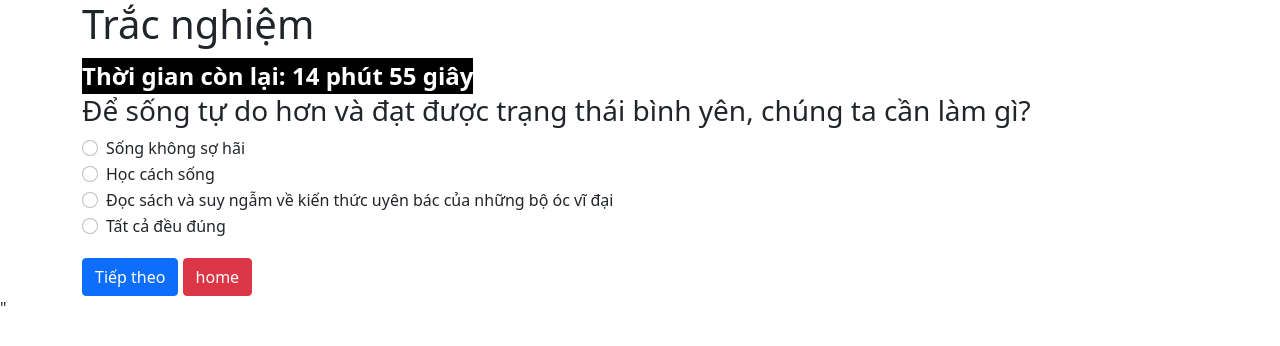
Repository: tran-thien-nhan/quiz_tlln
Page: daily_stoic_quiz.html
These files come from the project's save history. The page is drawn as it stood at one moment and after the next save; the edit follows.
The browser window is 1280 px wide. The pictures show the whole page.

Above is the page before, as saved 2023-06-25 19:29:17.

### daily_stoic_quiz.html
<!DOCTYPE html>
<html lang="en">

<head>
    <meta charset="UTF-8">
    <meta name="viewport" content="width=device-width, initial-scale=1.0">
    <title>Trắc nghiệm</title>
    <link rel="stylesheet" href="https://cdnjs.cloudflare.com/ajax/libs/bootstrap/5.0.2/css/bootstrap.min.css">
    <style>
        .question {
            margin-bottom: 20px;
        }
    </style>
</head>

<body>
    <div class="container">
        <h1>Trắc nghiệm</h1>
        <div id="timeclock"></div>
        <div class="question" id="questionContainer">
            <h3 id="question"></h3>
            <img src="" alt="" id="image" style="display: none; width: 20rem; height: 10rem;"> <!-- Thêm thẻ <img> để hiển thị hình ảnh -->
            <div class="form-check">
                <input class="form-check-input" type="radio" name="answer" id="answer1">
                <label class="form-check-label" for="answer1" id="answerText1"></label>
            </div>
            <div class="form-check">
                <input class="form-check-input" type="radio" name="answer" id="answer2">
                <label class="form-check-label" for="answer2" id="answerText2"></label>
            </div>
            <div class="form-check">
                <input class="form-check-input" type="radio" name="answer" id="answer3">
                <label class="form-check-label" for="answer3" id="answerText3"></label>
            </div>
            <div class="form-check">
                <input class="form-check-input" type="radio" name="answer" id="answer4">
                <label class="form-check-label" for="answer4" id="answerText4"></label>
            </div>
            <span id="result"></span>
        </div>

        <button class="btn btn-primary" id="nextButton">Tiếp theo</button>
        <span id="score"></span>
        <a href="index.html" class="btn btn-danger" id="home">home</a>
    </div>

    <!-- Modal -->
    <div class="modal fade" id="myModal" tabindex="-1" aria-labelledby="exampleModalLabel" aria-hidden="true">
        <div class="modal-dialog">
            <div class="modal-content">
                <div class="modal-header">
                    <h5 class="modal-title" id="exampleModalLabel">Thông báo</h5>
                    <button type="button" class="btn-close" data-bs-dismiss="modal" aria-label="Close"></button>
                </div>
                <div class="modal-body">
                    Bạn có 15 phút để làm trắc nghiệm.
                </div>
            </div>
        </div>
    </div>

    <script src="https://cdnjs.cloudflare.com/ajax/libs/bootstrap/5.0.2/js/bootstrap.bundle.min.js"></script>
    <script>
        // Đọc câu hỏi từ tệp JSON
        fetch("daily_stoic.json")
            .then(response => response.json())
            .then(data => {
                const questions = data.questions;

                // Lấy ngẫu nhiên 20 câu hỏi
                const randomQuestions = getRandomElements(questions, 3);

                let currentQuestionIndex = 0;
                let score = 0;
                let timeRemaining = 900; // 15 phút * 60 giây = 900 giây

                const questionContainer = document.getElementById("questionContainer");
                const questionElement = document.getElementById("question");
                const imageElement = document.getElementById("image");
                const answerTextElements = [
                    document.getElementById("answerText1"),
                    document.getElementById("answerText2"),
                    document.getElementById("answerText3"),
                    document.getElementById("answerText4")
                ];
                const resultElement = document.getElementById("result");
                const nextButton = document.getElementById("nextButton");
                const scoreElement = document.getElementById("score");

                // Cập nhật câu hỏi và câu trả lời
                function updateQuestion() {
                    const question = randomQuestions[currentQuestionIndex];
                    questionElement.textContent = question.question;
                    resultElement.textContent = "";

                    // Kiểm tra xem câu hỏi có hình ảnh hay không
                    if (question.hasOwnProperty("image") && question.image !== "") {
                        imageElement.style.display = "block"; // Hiển thị thẻ <img>
                        imageElement.src = question.image; // Đặt đường dẫn hình ảnh
                    } else {
                        imageElement.style.display = "none"; // Ẩn thẻ <img> nếu không có hình ảnh
                    }

                    for (let i = 0; i < answerTextElements.length; i++) {
                        answerTextElements[i].textContent = question.choices[i];
                    }
                }

                // Kiểm tra câu trả lời
                function checkAnswer() {
                    const question = randomQuestions[currentQuestionIndex];
                    const selectedAnswer = document.querySelector('input[name="answer"]:checked');

                    if (selectedAnswer) {
                        const selectedAnswerText = selectedAnswer.nextElementSibling.textContent;

                        if (selectedAnswerText === question.correctAnswer) {
                            score += 1;
                            resultElement.textContent = "Đúng";
                            resultElement.style.color = "green";
                        } else {
                            resultElement.textContent = "Sai";
                            resultElement.style.color = "red";
                        }

                        setTimeout(() => {
                            currentQuestionIndex++;

                            if (currentQuestionIndex < randomQuestions.length) {
                                updateQuestion();
                                selectedAnswer.checked = false;
                                nextButton.disabled = true;
                                setTimeout(() => {
                                    nextButton.disabled = false;
                                }, 200);
                            } else {
                                clearInterval(timerInterval);
                                questionContainer.style.display = "none";
                                nextButton.style.display = "none";
                                const finalScore = (score / randomQuestions.length) * 10;
                                scoreElement.textContent = `Tổng điểm: ${finalScore.toFixed(1)}`;
                                scoreElement.style.display = "block";
                                scoreElement.style.fontWeight = "bold";

                                if (finalScore > 5) {
                                    scoreElement.style.color = "green"; // Màu xanh lá cây nếu tổng điểm lớn hơn 5
                                } else {
                                    scoreElement.style.color = "red"; // Màu đỏ nếu tổng điểm nhỏ hơn hoặc bằng 5
                                }

                                scoreElement.style.fontSize = "2rem";

                                if (timeRemaining === 0) {
                                    questionContainer.style.display = "none";
                                    nextButton.style.display = "none";
                                } else {
                                    questionContainer.style.display = "none";
                                    nextButton.style.display = "none";
                                    const minutes = Math.floor((15 * 60 - timeRemaining) / 60);
                                    const seconds = (15 * 60 - timeRemaining) % 60;
                                    timerElement.textContent = `Bạn đã làm xong trong: ${minutes} phút ${seconds} giây`;
                                    timerElement.style.backgroundColor = "white";
                                    timerElement.style.color = "black";
                                }
                            }
                        }, 200);
                    }
                }

                // Xử lý sự kiện khi nhấn nút "Tiếp theo"
                nextButton.addEventListener("click", () => {
                    checkAnswer();
                });

                // Bắt đầu trắc nghiệm
                updateQuestion();

                // Đồng hồ đếm ngược
                const timerElement = document.createElement("div");
                timerElement.style.fontSize = "24px";
                timerElement.style.fontWeight = "bold";
                timerElement.style.marginTop = "10px";
                timerElement.style.textAlign = "center";
                timerElement.style.color = "white";
                timerElement.style.backgroundColor = "black";
                timerElement.style.width = "fit-content";
                timeclock.appendChild(timerElement);

                const timerInterval = setInterval(() => {
                    timeRemaining--;
                    const minutes = Math.floor(timeRemaining / 60);
                    const seconds = timeRemaining % 60;
                    timerElement.textContent = `Thời gian còn lại: ${minutes} phút ${seconds} giây`;

                    if (timeRemaining === 0) {
                        clearInterval(timerInterval);
                        questionContainer.style.display = "none";
                        nextButton.style.display = "none";
                        const finalScore = (score / randomQuestions.length) * 10;
                        scoreElement.textContent = `Tổng điểm: ${finalScore.toFixed(1)}`;
                        scoreElement.style.display = "block";
                        scoreElement.style.fontWeight = "bold";
                        scoreElement.style.color = "red";
                        scoreElement.style.fontSize = "2rem";
                    }
                }, 1000);

                // Hiển thị modal thông báo
                const modal = new bootstrap.Modal(document.getElementById("myModal"));
                modal.show();

                // Tự động đóng modal sau 3 giây
                setTimeout(() => {
                    modal.hide();
                }, 3000);
            })
            .catch(error => {
                console.error("Error:", error);
            });

        // Hàm lấy ngẫu nhiên các phần tử từ một mảng
        function getRandomElements(array, numElements) {
            const shuffledArray = array.sort(() => Math.random() - 0.5);
            return shuffledArray.slice(0, numElements);
        }
    </script>
</body>

</html>"

### daily_stoic.json
{
    "questions": [
      {
        "question": "Công việc quan trọng hàng đầu trong đời là gì?",
        "image": "",
        "choices": [
          "Nhận diện và phân biệt được những vấn đề",
          "Kiểm soát yếu tố ngoại cảnh",
          "Quyết định cho chính mình",
          "Thay đổi tương lai"
        ],
        "correctAnswer": "Nhận diện và phân biệt được những vấn đề"
      },
      {
        "question": "Theo Epictetus, nhận diện tốt xấu là để nhận diện điều gì?",
        "image": "",
        "choices": [
          "Nhận diện tốt xấu của người khác",
          "Nhận diện tốt xấu của yếu tố ngoại cảnh",
          "Nhận diện tốt xấu cho quyết định của chính mình",
          "Nhận diện tốt xấu của tương lai"
        ],
        "correctAnswer": "Nhận diện tốt xấu cho quyết định của chính mình"
      },
      {
        "question": "Công việc quan trọng nhất trong việc thực hành Chủ nghĩa Khắc kỷ là gì?",
        "image": "",
        "choices": [
          "Phân biệt những thứ không thể thay đổi và những thứ có thể thay đổi",
          "Chỉ phân biệt những thứ có thể thay đổi",
          "Kiểm soát những thứ nằm ngoài tầm kiểm soát",
          "Thay đổi tương lai"
        ],
        "correctAnswer": "Phân biệt những thứ không thể thay đổi và những thứ có thể thay đổi"
      },
      {
        "question": "Điều gì là không thể thay đổi và không thể kiểm soát?",
        "image": "",
        "choices": [
          "Thời tiết, chiều cao",
          "Quốc gia sinh ra, sự thích hợp của người khác",
          "Điều kiện gia đình, tuổi tác",
          "cả 3 điều trên"
        ],
        "correctAnswer": "cả 3 điều trên"
      },
      {
        "question": "Lời nguyện An tĩnh được nhắm đến việc gì?",
        "image": "",
        "choices": [
          "Nhận diện được những điều không thể thay đổi",
          "Nhận diện được những điều có thể thay đổi",
          "Nhận diện được hai điều trên",
          "Nhận diện được tương lai"
        ],
        "correctAnswer": "Nhận diện được hai điều trên"
      },
      {
        "question": "Người nghiện ngập ở hiện tại có thể thay đổi được điều gì?",
        "image": "",
        "choices": [
          "Quá khứ, lựa chọn của mình",
          "Qúa khứ, tương lai",
          "Tương lai, sức mạnh hiện tại",
          "Quá khứ, hiện tại"
        ],
        "correctAnswer": "Tương lai, sức mạnh hiện tại"
      },
      {
        "question": "Điều gì sẽ xảy ra nếu chúng ta tập trung vào việc xác định những thứ nằm trong và ngoài tầm kiểm soát của bản thân?",
        "image": "",
        "choices": [
          "Chúng ta sẽ trở nên hạnh phúc hơn",
          "Chúng ta sẽ có lợi thế hơn so với những người đấu tranh trong vô vọng",
          "Chúng ta sẽ đấu tranh trong vô vọng",
          "Chúng ta sẽ tìm ra sự thay đổi"
        ],
        "correctAnswer": "Chúng ta sẽ có lợi thế hơn so với những người đấu tranh trong vô vọng"
      },
      {
        "question": "Thành quả của việc thực hiện theo lời dạy của epictetus là gì trong GIÁO DỤC LÀ TỰ DO ?",
        "image": "",
        "choices": [
          "Sự thanh thản",
          "Lòng dũng cảm",
          "Sự tự do",
          "Tất cả đều đúng"
        ],
        "correctAnswer": "Tất cả đều đúng"
      },
      {
        "question": "Đặt niềm tin vào ai trong việc được giáo dục đúng cách?",
        "image": "",
        "choices": [
          "Kẻ tự do",
          "Những người trân quý kiến thức thật sự",
          "Số đông",
          "Tất cả đều sai"
        ],
        "correctAnswer": "Những người trân quý kiến thức thật sự"
      },
      {
        "question": "Để sống tự do hơn và đạt được trạng thái bình yên, chúng ta cần làm gì?",
        "image": "",
        "choices": [
          "Sống không sợ hãi",
          "Học cách sống",
          "Đọc sách và suy ngẫm về kiến thức uyên bác của những bộ óc vĩ đại",
          "Tất cả đều đúng"
        ],
        "correctAnswer": "Tất cả đều đúng"
      },
      {
        "question": "Việc tự học và tiếp thu kiến thức được coi như chìa khóa dẫn đến điều gì?",
        "image": "",
        "choices": [
          "Tự do",
          "Kiến thức",
          "Sự uyên bác",
          "Trạng thái bình yên"
        ],
        "correctAnswer": "Tự do"
      },
      {
        "question": "Điều gì sẽ xảy ra nếu chúng ta không nhận thức được những gì mình đã đánh mất?",
        "image": "",
        "choices": [
          "Chúng ta sẽ sống bình thường",
          "Chúng ta sẽ chết dần chết mòn",
          "Chúng ta sẽ tìm lại được những gì đã mất",
          "Chúng ta sẽ hối tiếc"
        ],
        "correctAnswer": "Chúng ta sẽ chết dần chết mòn"
      },
      {
        "question": "Trước những thứ không quan trọng, chúng ta nên làm gì để lấy lại chút thời gian?",
        "image": "",
        "choices": [
          "Nói 'Không'",
          "Tham gia với số đông",
          "Tự hỏi làm sao để kiểm soát kỹ",
          "Hối tiếc về những điều đã làm"
        ],
        "correctAnswer": "Nói 'Không'"
      },
      {
        "question": "Nói 'Không' trước những thứ không quan trọng có thể gây hại đến ai?",
        "image": "",
        "choices": [
          "Bản thân chúng ta",
          "Những người khác",
          "Không có ai",
          "Chúng ta sẽ cảm thấy tổn thương"
        ],
        "correctAnswer": "Những người khác"
      },
      {
        "question": "Việc từ chối những thứ không quan trọng cho phép chúng ta có thời gian cho điều gì?",
        "image": "",
        "choices": [
          "Những điều thật sự cần thiết",
          "Sống và tận hưởng cuộc sống của chính mình",
          "Cuộc sống bình thường",
          "Đạt được thành công"
        ],
        "correctAnswer": "Sống và tận hưởng cuộc sống của chính mình"
      },
      {
        "question": "Ba nguyên tắc quan trọng nhất trong triết lý Khắc kỷ là gì?",
        "image": "",
        "choices": [
          "Nhận thức, hành động, ý chí",
          "Chắc chắn, hành động, biết ơn",
          "Kiểm soát nhận thức, hành động đúng đắn, sẵn lòng chấp nhận",
          "Kiểm soát, hành động, triết lý"
        ],
        "correctAnswer": "Kiểm soát nhận thức, hành động đúng đắn, sẵn lòng chấp nhận"
      },
      {
        "question": "Theo triết lý Khắc kỷ, điều gì là thiết yếu trong việc kiểm soát nhận thức của bạn?",
        "image": "",
        "choices": [
          "Niềm tin độc đáo của các nhà Khắc kỷ",
          "Triết lý của Heraclitus và Zeno",
          "Sự phán xét ở thời điểm hiện tại",
          "Ý chí và ý thức của bản thân"
        ],
        "correctAnswer": "Sự phán xét ở thời điểm hiện tại"
      },
      {
        "question": "Hành động một cách đúng đắn là một trong ba phần thiết yếu của triết lý Khắc kỷ. Điều gì được ám chỉ bởi việc hành động đúng đắn?",
        "image": "",
        "choices": [
          "Tìm hiểu về Heraclitus và Zeno",
          "Đạt được sự phán xét chắc chắn",
          "Hành động vì lợi ích chung trong thời điểm hiện tại",
          "Thể hiện triết lý của các nhà Khắc kỷ"
        ],
        "correctAnswer": "Hành động vì lợi ích chung trong thời điểm hiện tại"
      },
      {
        "question": "Điều gì là sự chuẩn bị tinh thần quan trọng để chấp nhận những gì ngoài tầm kiểm soát của bạn?",
        "image": "",
        "choices": [
          "Sự biết ơn với mọi điều bạn đã nhận được",
          "Sự tận hưởng cuộc sống hàng ngày",
          "Ý chí và ý thức của bản thân",
          "Sự phán xét ở thời điểm hiện tại"
        ],
        "correctAnswer": "Sự biết ơn với mọi điều bạn đã nhận được"
      },
      {
        "question": "Bạn đến sân bay muộn và chuyến bay của bạn đã cất cánh. Bạn rất tức giận vì đã bỏ lỡ chuyến bay. Bạn nên làm gì?",
        "image": "",
        "choices": [
          "Gào thét vào mặt nhân viên đại diện của hãng hàng không",
          "Ngồi lại và suy nghĩ về những điều bạn có thể kiểm soát",
          "Hủy bỏ hành trình và trở về nhà",
          "Buồn bã và căng thẳng trong suốt cả ngày"
        ],
        "correctAnswer": "Ngồi lại và suy nghĩ về những điều bạn có thể kiểm soát"
      },
      {
        "question": "Bạn muốn thay đổi chiều cao của mình và nước sống ở một đất nước khác. Bạn nên làm gì?",
        "image": "",
        "choices": [
          "Cố gắng ước mơ và thay đổi chiều cao của mình",
          "Đau khổ vì không thể thay đổi điều đó",
          "Tìm hiểu về các phương pháp tăng chiều cao và di cư",
          "Chấp nhận chiều cao của mình và tận hưởng cuộc sống hiện tại"
        ],
        "correctAnswer": "Chấp nhận chiều cao của mình và tận hưởng cuộc sống hiện tại"
      },
      {
        "question": "Bạn muốn có một người bạn đồng hành và thích bạn. Bạn nên làm gì?",
        "image": "",
        "choices": [
          "Cố gắng làm cho người đó thích bạn",
          "Đau khổ vì không thể khiến người đó thích bạn",
          "Tự thay đổi và cải thiện bản thân để thu hút người khác",
          "Chấp nhận sự thật rằng không thể khiến một người thích mình"
        ],
        "correctAnswer": "Tự thay đổi và cải thiện bản thân để thu hút người khác"
      },
      {
        "question": "Bạn đã trải qua quá khứ đau khổ và gặp rắc rối trong cuộc sống. Bạn nên làm gì?",
        "image": "",
        "choices": [
          "Mắc kẹt trong quá khứ và không thể thay đổi điều đó",
          "Ngồi lại suy nghĩ về quá khứ và phàn nàn",
          "Chấp nhận quá khứ và tập trung vào tương lai",
          "Buồn bã và cảm thấy vô vọng"
        ],
        "correctAnswer": "Chấp nhận quá khứ và tập trung vào tương lai"
      },
      {
        "question": "Theo ý kiến của Seneca, điều gì là nguyên nhân khiến con người trở nên điên dại?",
        "image": "",
        "choices": [
          "Quan điểm sai lệch về những thứ mà họ hướng tới",
          "Sự việc mà họ muốn đạt được",
          "Không có kế hoạch từ đầu đến cuối",
          "Tâm trạng chán nản"
        ],
        "correctAnswer": "Quan điểm sai lệch về những thứ mà họ hướng tới"
      },
      {
        "question": "Theo Robert Greene, việc lập kế hoạch từ đầu đến cuối có tác dụng gì?",
        "image": "",
        "choices": [
          "Tránh choáng ngợp bởi hoàn cảnh",
          "Đạt được kết quả tốt nhất",
          "Đảm bảo sự thành công",
          "Hạn chế thất bại"
        ],
        "correctAnswer": "Tránh choáng ngợp bởi hoàn cảnh"
      },
      {
        "question": "Thói quen thứ hai trong 7 Thói quen của người thành đạt là gì?",
        "image": "",
        "choices": [
          "Bắt đầu với một cái kết trong tâm trí",
          "Lập kế hoạch chi tiết từ đầu đến cuối",
          "Hình dung ra cái kết trong đầu",
          "Đặt mục tiêu cụ thể"
        ],
        "correctAnswer": "Bắt đầu với một cái kết trong tâm trí"
      },
      {
        "question": "Theo nhà Khắc kỷ, sự lạc lối và hỗn loạn trong hành vi xảy ra khi?",
        "image": "",
        "choices": [
          "Không có những nỗ lực hướng vào nguyên nhân và mục đích",
          "Quá tập trung vào kế hoạch từ đầu đến cuối",
          "Chịu trách nhiệm với những xao nhãng trong tâm hồn",
          "Không biết khi nào nói có và khi nào nói không"
        ],
        "correctAnswer": "Không có những nỗ lực hướng vào nguyên nhân và mục đích"
      },
      {
        "question": "khi mất đi sự định nghĩa, con người có thể bị lạc lối vào phương hướng nào?",
        "image": "",
        "choices": [
          "Phương hướng vô định",
          "Phương hướng cụ thể",
          "Phương hướng chính xác",
          "Phương hướng sáng suốt"
        ],
        "correctAnswer": "Phương hướng vô định"
      }
    ]
  }

After the next save:
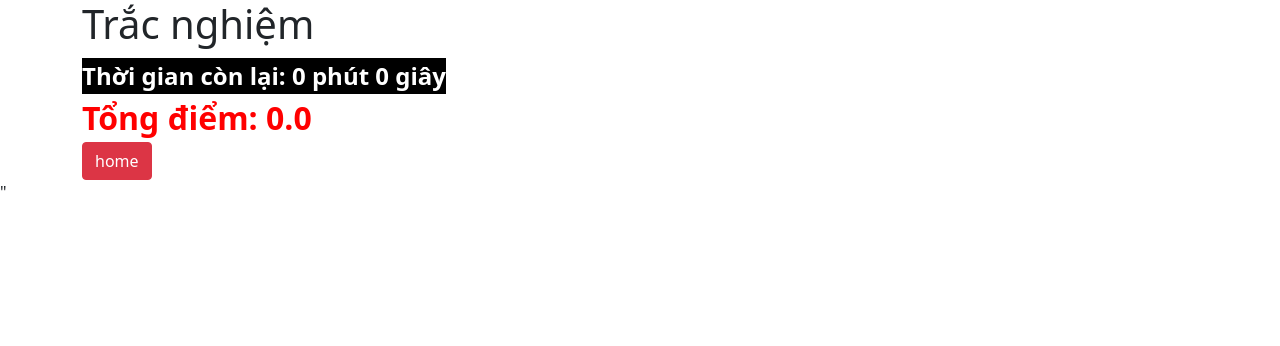
Saved 4 min 40 s later.
--- a/daily_stoic_quiz.html
+++ b/daily_stoic_quiz.html
@@ -72,7 +72,7 @@
 
                 let currentQuestionIndex = 0;
                 let score = 0;
-                let timeRemaining = 900; // 15 phút * 60 giây = 900 giây
+                let timeRemaining = 3; // 15 phút * 60 giây = 900 giây
 
                 const questionContainer = document.getElementById("questionContainer");
                 const questionElement = document.getElementById("question");

After the 2 saves that followed:
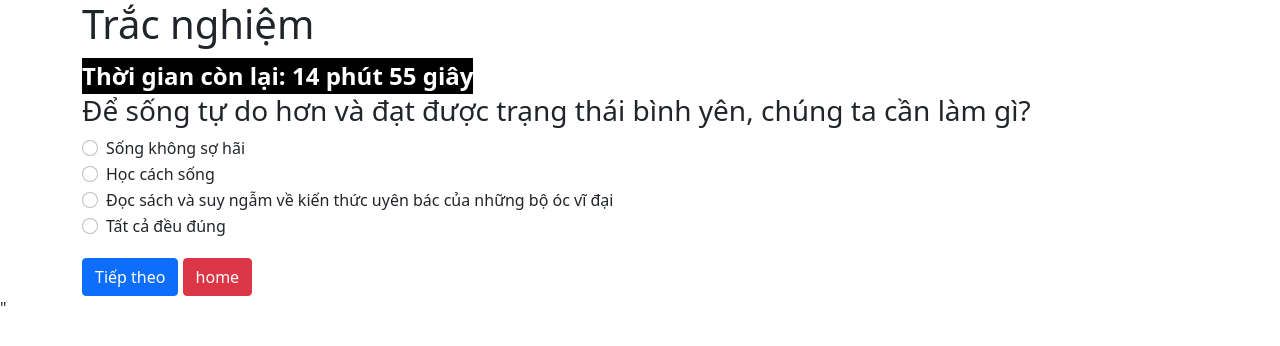
The 2 saves are shown as one change because 1 left the picture as it was.
The last was saved 45 s later.
--- a/daily_stoic_quiz.html
+++ b/daily_stoic_quiz.html
@@ -72,7 +72,7 @@
 
                 let currentQuestionIndex = 0;
                 let score = 0;
-                let timeRemaining = 3; // 15 phút * 60 giây = 900 giây
+                let timeRemaining = 900; // 15 phút * 60 giây = 900 giây
 
                 const questionContainer = document.getElementById("questionContainer");
                 const questionElement = document.getElementById("question");
